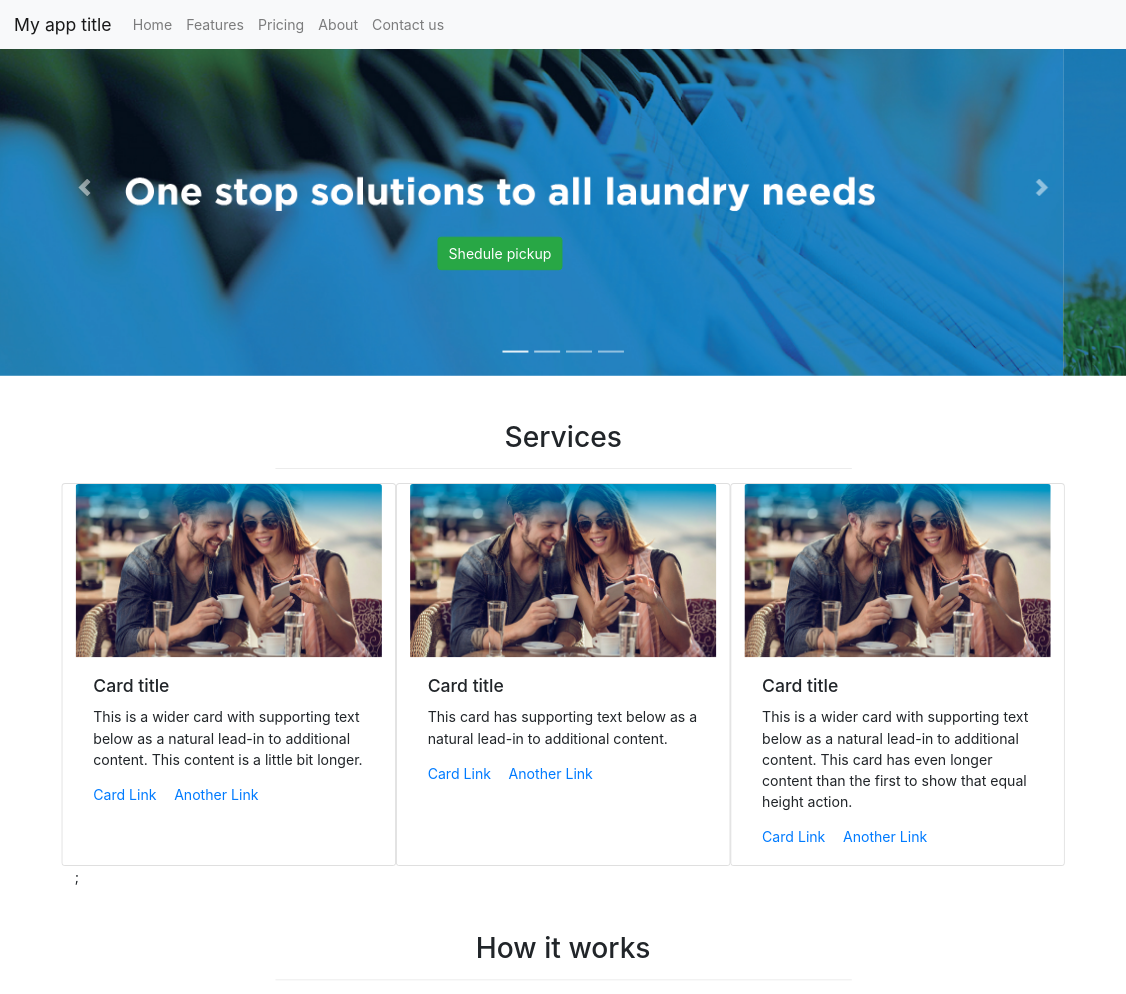
Repository: sravani123/BasicReactWebApp
Page: /
An editor plug-in stored every save of this project. The page is shown before and after the next save, followed by the edit.
The browser window is 1280 px wide. The pictures show the whole page, at 88% of full size.
Some web libraries are served in a nearby version. The project was rebuilt for these pictures with package versions that can differ from the ones it lists, and the page was loaded fresh each time. Also part of the build but not shown: src/components/Pricing/Pricing.js, src/components/About/About.js, src/components/Features/Features.js, src/components/Contact/Contact.js.

Above is the page before, as saved 2019-03-09 12:00:11.

### public/index.html
<!DOCTYPE html>
<html lang="en">
  <head>
    <meta charset="utf-8" />
    <link rel="shortcut icon" href="%PUBLIC_URL%/favicon.ico" />
    <meta
      name="viewport"
      content="width=device-width, initial-scale=1, shrink-to-fit=no"
    />
    <meta name="theme-color" content="#000000" />
    <!--
      manifest.json provides metadata used when your web app is installed on a
      user's mobile device or desktop. See https://developers.google.com/web/fundamentals/web-app-manifest/
    -->
    <link rel="manifest" href="%PUBLIC_URL%/manifest.json" />
    <link
    rel="stylesheet"
    href="https://maxcdn.bootstrapcdn.com/bootstrap/4.2.1/css/bootstrap.min.css"
    integrity="sha384-GJzZqFGwb1QTTN6wy59ffF1BuGJpLSa9DkKMp0DgiMDm4iYMj70gZWKYbI706tWS"
    crossorigin="anonymous"
  />


    <!--
      Notice the use of %PUBLIC_URL% in the tags above.
      It will be replaced with the URL of the `public` folder during the build.
      Only files inside the `public` folder can be referenced from the HTML.

      Unlike "/favicon.ico" or "favicon.ico", "%PUBLIC_URL%/favicon.ico" will
      work correctly both with client-side routing and a non-root public URL.
      Learn how to configure a non-root public URL by running `npm run build`.
    -->
    <title>React App</title>

  </head>
  <body>
    <script src="https://cdnjs.cloudflare.com/ajax/libs/holder/2.9.6/holder.min.js"></script>
      <div id="root"></div>
  </body>
</html>

### src/index.js
import React from 'react';
import ReactDOM from 'react-dom';
import './index.scss';
import * as serviceWorker from './serviceWorker';
import AppRouter from './AppRouter';
ReactDOM.render(<AppRouter />, document.getElementById('root'));

// If you want your app to work offline and load faster, you can change
// unregister() to register() below. Note this comes with some pitfalls.
// Learn more about service workers: http://bit.ly/CRA-PWA
serviceWorker.unregister();

### src/index.scss
 @import './styles/components/home';
 @import './styles/base/settings';

 html {
  font-size: 100%;
}

body {
  margin: 0;
  padding: 0;
  font-family: -apple-system, BlinkMacSystemFont, "Segoe UI", "Roboto", "Oxygen",
    "Ubuntu", "Cantarell", "Fira Sans", "Droid Sans", "Helvetica Neue",
    sans-serif;
  -webkit-font-smoothing: antialiased;
  -moz-osx-font-smoothing: grayscale;
}

code {
  font-family: source-code-pro, Menlo, Monaco, Consolas, "Courier New",
    monospace;
}

### src/AppRouter.js
import React from 'react';
import { BrowserRouter, Route, Switch, Link, NavLink } from 'react-router-dom';
import Home from './components/Home/Home';
import Pricing from './components/Pricing/Pricing';
import About from './components/About/About';
import Features from './components/Features/Features';
import Contact from './components/Contact/Contact';
import Header from './components/common/Header';

const NotFoundPage = () => (
  <div>
    404!- <Link to="/">Go to Home </Link>
  </div>
);

const AppRouter = () => (
  <BrowserRouter>
    <div>
      <Header />
      <Switch>
        <Route exact={true}  path="/" component={Home} />
        <Route path="/Home" component={Home} />
        <Route path="/Pricing" component={Pricing} />
        <Route path="/About" component={About} />

        <Route path="/Features" component={Features} />
        <Route path="/Contact" component={Contact} />
        <Route component={NotFoundPage} />
      </Switch>
    </div>
  </BrowserRouter>
);


export default AppRouter;

### src/styles/components/_home.scss
Card.Img{
    height: 160px;
    width: 100%;
}
.carousel-item{
    min-height: 400px;
  }

  .item img {
      position: absolute;
      top: 0;
      left: 0;
      min-height: 300px;
  }
  .spacer-small{
      margin: 3.2rem;
  }
  .btn-shedule-service{
      margin-bottom: 5rem;
  }

### src/components/Home/Home.js
import React from 'react';
import Carousel from 'react-bootstrap/Carousel';
import Button from 'react-bootstrap/Button';
import Card from 'react-bootstrap/Card';
import TextField from '@material-ui/core/TextField';
import Dialog from '@material-ui/core/Dialog';
import Select from '@material-ui/core/Select';
import DialogActions from '@material-ui/core/DialogActions';
import DialogContent from '@material-ui/core/DialogContent';
import DialogContentText from '@material-ui/core/DialogContentText';
import DialogTitle from '@material-ui/core/DialogTitle';

import carousal_img_one from '../../assets/web-banners-01.jpg';
import carousal_img_two from '../../assets/web-banners-02.jpg';
import carousal_img_three from '../../assets/web-banners-03.jpg';
import carousal_img_four from '../../assets/web-banners-03.jpg';
import myImg from '../../assets/hipsters-cropped-screened.jpg';



class Home extends React.Component {

  state = {
    open: false,
    age: '',
    name: 'hai',
    date: null,
    time: null,
  };

  handleShow = () => {
    this.setState({ open: true });
  };

  handleClose = () => {
    this.setState({ open: false });
  };
  handleTime= (event, time) =>{
    this.setState({time: time})
  }

  handleDate=(event, date)=>{
    this.setState({date: date})
  }

  render() {

    return (
      <div>
      <Carousel>
  <Carousel.Item>
    <img
      className="d-block w-100"
      src={carousal_img_one}
      alt="First slide"
    />
   <div className="carousel-caption d-none d-md-block">
  <button type="button" className="btn btn-success btn-shedule-service"  onClick={this.handleShow}>Shedule pickup </button>
  </div>
  </Carousel.Item>
  <Carousel.Item>
    <img
      className="d-block w-100"
      src={carousal_img_two}
      alt="Second slide"
    />
<div className="carousel-caption d-none d-md-block">
  <button type="button" className="btn btn-success btn-shedule-service"  onClick={this.handleShow}>Shedule pickup</button>
  </div>

  </Carousel.Item>
  <Carousel.Item>
    <img
      className="d-block w-100"
      src={carousal_img_three}
      alt="Third slide"
    />
<div className="carousel-caption d-none d-md-block">
  <button type="button" className="btn btn-success btn-shedule-service"  onClick={this.handleShow}>Shedule pickup</button>
  </div>

  </Carousel.Item>
  <Carousel.Item>
    <img
      className="d-block w-100"
      src={carousal_img_four}
      alt="Third slide"
    />
<div className="carousel-caption d-none d-md-block">
  <button type="button" className="btn btn-success btn-shedule-service"  onClick={this.handleShow}>Shedule pickup</button>
  </div>
  </Carousel.Item>


</Carousel>
<div>
 <Dialog
          open={this.state.open}
          onClose={this.handleClose}
          aria-labelledby="form-dialog-title"
        >
          <DialogTitle id="form-dialog-title">Submit a pickup request</DialogTitle>
          <DialogContent>
            <DialogContentText>
              To subscribe to this website, please enter your email address here. We will send
              updates occasionally.
            </DialogContentText>
            <TextField
              autoFocus
              margin="dense"
              id="name"
              label="Name"
              type="text"
              fullWidth
            />
             <TextField
              autoFocus
              margin="dense"
              id="emailId"
              label="Email Address"
              type="email"
              fullWidth
            />
             <TextField
              autoFocus
              margin="dense"
              id="mobile-number"
              label="Mobile number"
              type="number"
              fullWidth
            />
 <Select
  native
            value={this.state.age}
            onChange={this.handleChange}
            fullWidth
            inputProps={{
              name: 'age',
              id: 'age-simple',
            }}
          >

            <option value={10}>Dry Cleaning</option>
            <option value={20}>Saree Rolling</option>
            <option value={30}>Wash & Iron</option>
          </Select>
             <TextField
              autoFocus
              margin="dense"
              id="name"
              label="Email Address"
              type="email"
              fullWidth
            />

          </DialogContent>
          <DialogActions>
            <Button onClick={this.handleClose} color="primary">
              Cancel
            </Button>
            <Button onClick={this.handleClose} color="primary">
              Subscribe
            </Button>
          </DialogActions>
        </Dialog>

</div>
<div className="spacer-small"> </div>
<div className= "col-md-12 col-sm-12 heading-div">
<h2 className="text-center">Services</h2>
<hr className="col-sm-6 col-md-6"/>

</div>

<div className="container">
 <div className="row ">
  <Card className="col-md-4 col-xs-6">
    <Card.Img variant="top" src={myImg}  />
    <Card.Body>
      <Card.Title>Card title</Card.Title>
      <Card.Text>
        This is a wider card with supporting text below as a natural lead-in to
        additional content. This content is a little bit longer.
      </Card.Text>
      <Card.Link href="#">Card Link</Card.Link>
    <Card.Link href="#">Another Link</Card.Link>
    </Card.Body>

  </Card>
  <Card className="col-md-4 col-xs-6">
    <Card.Img variant="top" src={myImg} />
    <Card.Body>
      <Card.Title>Card title</Card.Title>
      <Card.Text>
        This card has supporting text below as a natural lead-in to additional
        content.{' '}
      </Card.Text>
      <Card.Link href="#">Card Link</Card.Link>
    <Card.Link href="#">Another Link</Card.Link>
    </Card.Body>

  </Card>
  <Card className="col-md-4 col-xs-6">
    <Card.Img variant="top" src={myImg}  />
    <Card.Body>
      <Card.Title>Card title</Card.Title>
      <Card.Text>
        This is a wider card with supporting text below as a natural lead-in to
        additional content. This card has even longer content than the first to
        show that equal height action.
      </Card.Text>
      <Card.Link href="#">Card Link</Card.Link>
    <Card.Link href="#">Another Link</Card.Link>
    </Card.Body>

  </Card>
</div>;
</div>
<div className="spacer-small"> </div>
<div className= "col-md-12 col-sm-12 heading-div">
<h2 className="text-center">How it works</h2>
<hr className="col-sm-6 col-md-6"/>

</div>
      </div>
    );
  }
}

export default Home;

### src/components/common/Header.js
import ReactDOM from 'react-dom';
import React from 'react';
import {Link} from 'react-router-dom';
import {Navbar, Nav} from 'react-bootstrap';

const Header = () =>(
<div>

<nav className="navbar fixed-top navbar-expand-lg navbar-light bg-light">
      <Link className="navbar-brand"  to="/"  >My app title</Link>
      <button className="navbar-toggler" type="button" data-toggle="collapse" data-target="#navbarSupportedContent" aria-controls="navbarSupportedContent" aria-expanded="false" aria-label="Toggle navigation">
        <span className="navbar-toggler-icon"></span>
      </button>

      <div className="collapse navbar-collapse" id="navbarSupportedContent">
    <ul className="navbar-nav mr-auto">
    <li className="nav-item">
      <Link className="nav-link" to="/Home" >Home</Link>
      </li>
      <li className="nav-item">

      <Link className="nav-link" to="/Features" >Features</Link>
      </li>
      <li className="nav-item">

      <Link className="nav-link" to="/Pricing"  >Pricing</Link>
      </li>
      <li className="nav-item">

      <Link className="nav-link" to="/About" >About</Link>
      </li>
      <li>
      <Link className="nav-link" to="/Contact" >Contact us</Link>
      </li>
  </ul>
  </div>
    </nav>
</div>

);

export default Header;

Loaded but not shown: src/serviceWorker.js (common file); src/styles/base/_settings.scss (common file)

After the next save:
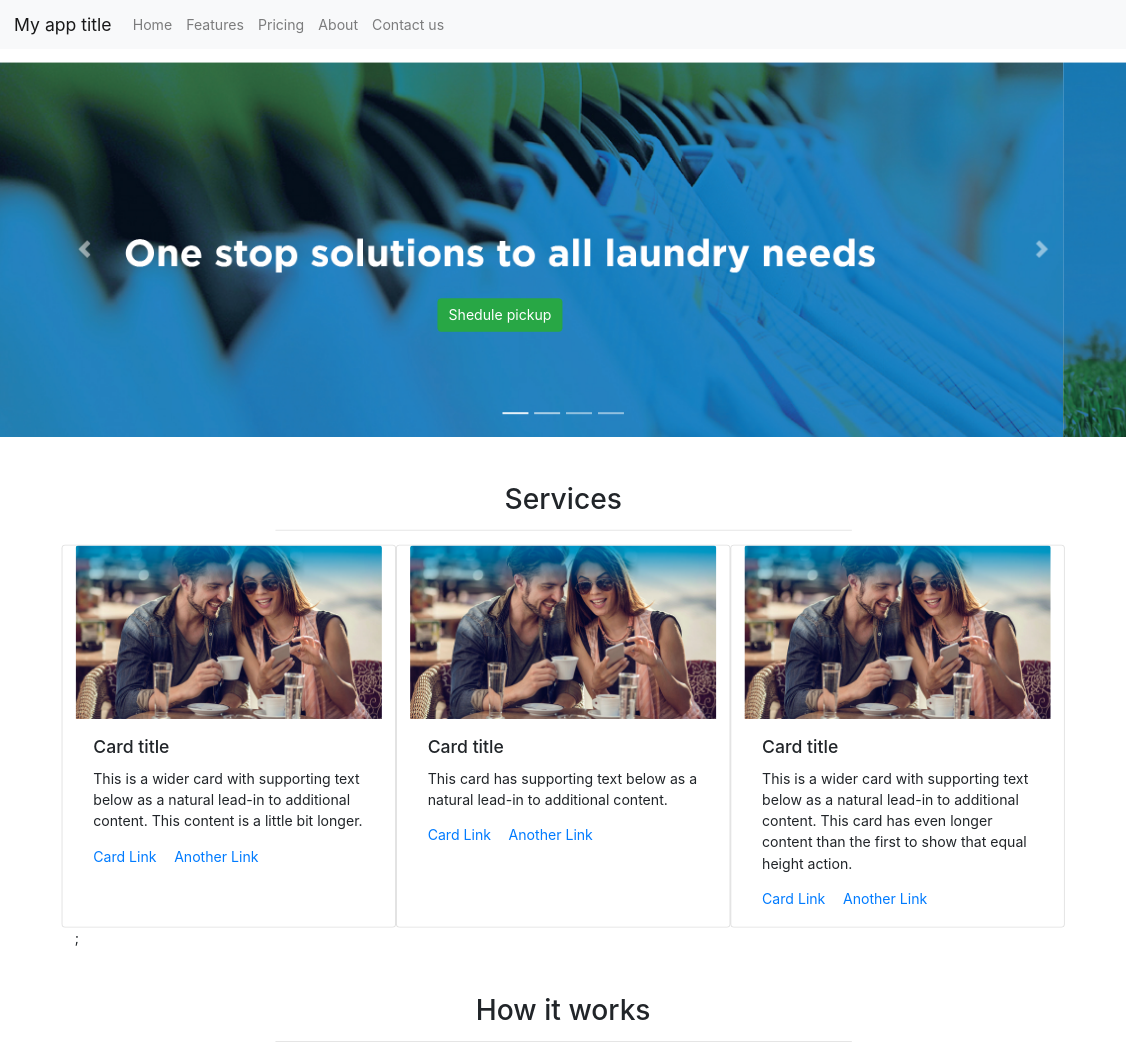
Saved 54 s later.
--- a/src/index.scss
+++ b/src/index.scss
@@ -7,7 +7,7 @@
 
 body {
   margin: 0;
-  padding: 0;
+  padding-top: 70px;
   font-family: -apple-system, BlinkMacSystemFont, "Segoe UI", "Roboto", "Oxygen",
     "Ubuntu", "Cantarell", "Fira Sans", "Droid Sans", "Helvetica Neue",
     sans-serif;
